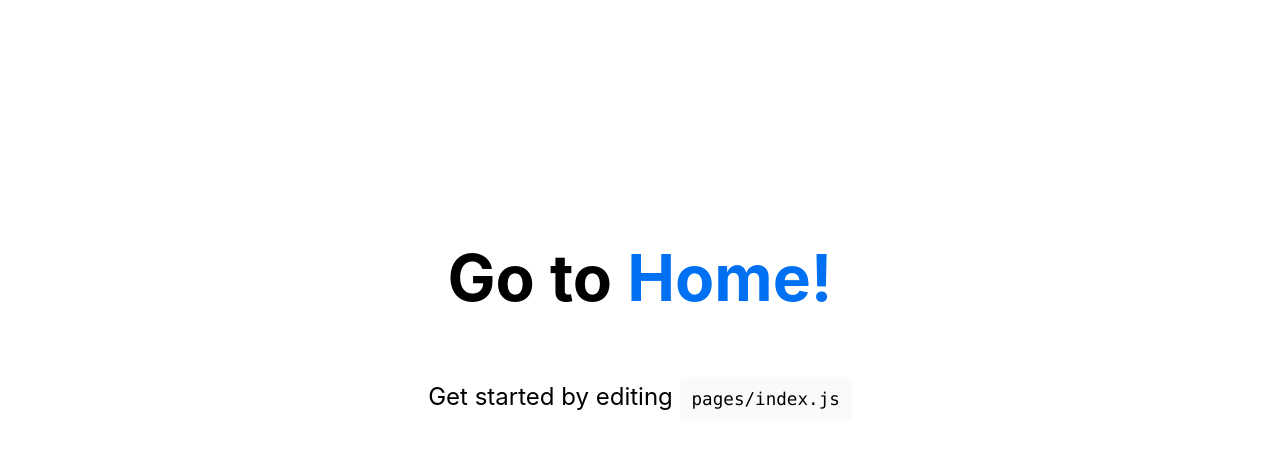
Repository: juagarc4/next-vercel-deploy
Page: /about
The author's editor kept a copy of each file at every save. The page is drawn from the files as they stood at one save, then again after the next save.
The browser window is 1280 px wide. The pictures show the whole page.
The project was rebuilt for these pictures with package versions that can differ from the ones it lists, and the page was loaded fresh each time. The framework's server and built-in components were replaced by stand-ins that run in the browser. Also part of the build but not shown: next.config.js.

Above is the page before, as saved 2022-04-28 15:05:44.

After the next save:
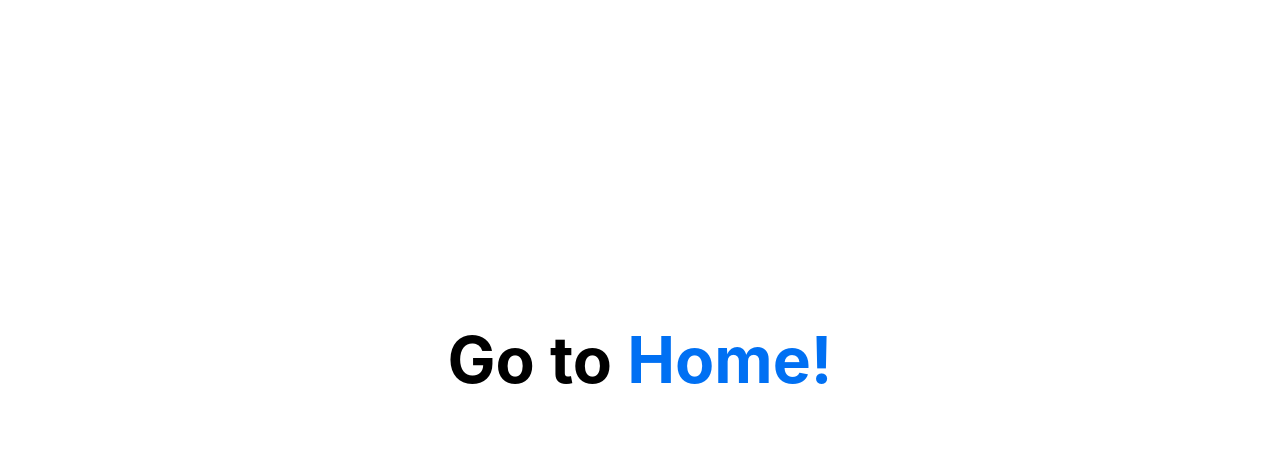
Saved 6 s later.
--- a/pages/about.jsx
+++ b/pages/about.jsx
@@ -14,10 +14,6 @@
         <h1 className={styles.title}>
           Go to <a href='/'>Home!</a>
         </h1>
-
-        <p className={styles.description}>
-          Get started by editing <code className={styles.code}>pages/index.js</code>
-        </p>
       </main>
     </div>
   )

After the 2 saves that followed:
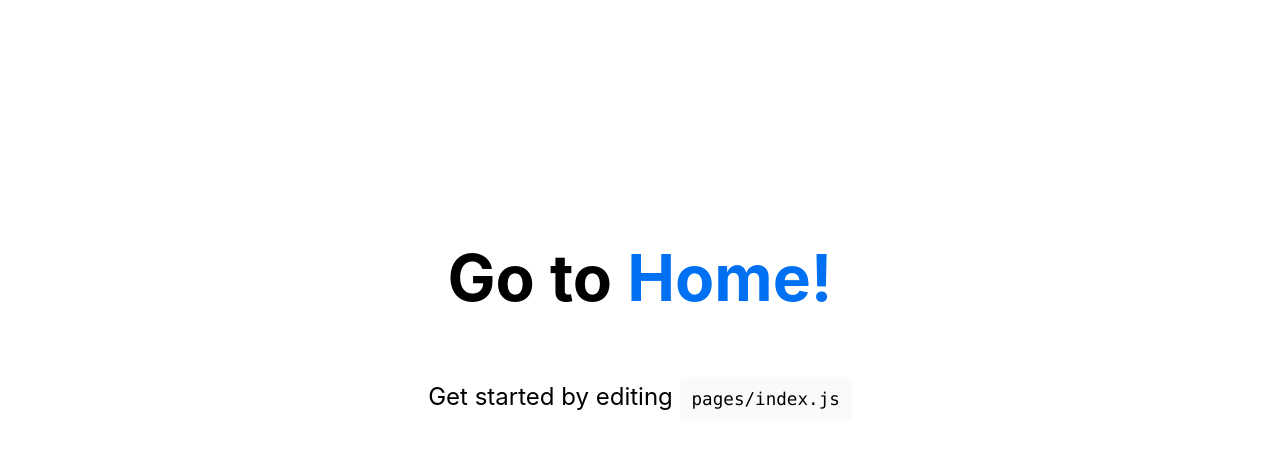
The 2 saves are shown as one change because 1 left the picture as it was.
The last was saved 104 s later.
--- a/pages/about.jsx
+++ b/pages/about.jsx
@@ -1,7 +1,7 @@
 import Head from 'next/head'
 import styles from '../styles/Home.module.css'
 
-export default function HomePage() {
+export default function AboutPage() {
   return (
     <div className={styles.container}>
       <Head>
@@ -14,6 +14,10 @@
         <h1 className={styles.title}>
           Go to <a href='/'>Home!</a>
         </h1>
+
+        <p className={styles.description}>
+          Get started by editing <code className={styles.code}>pages/index.js</code>
+        </p>
       </main>
     </div>
   )
